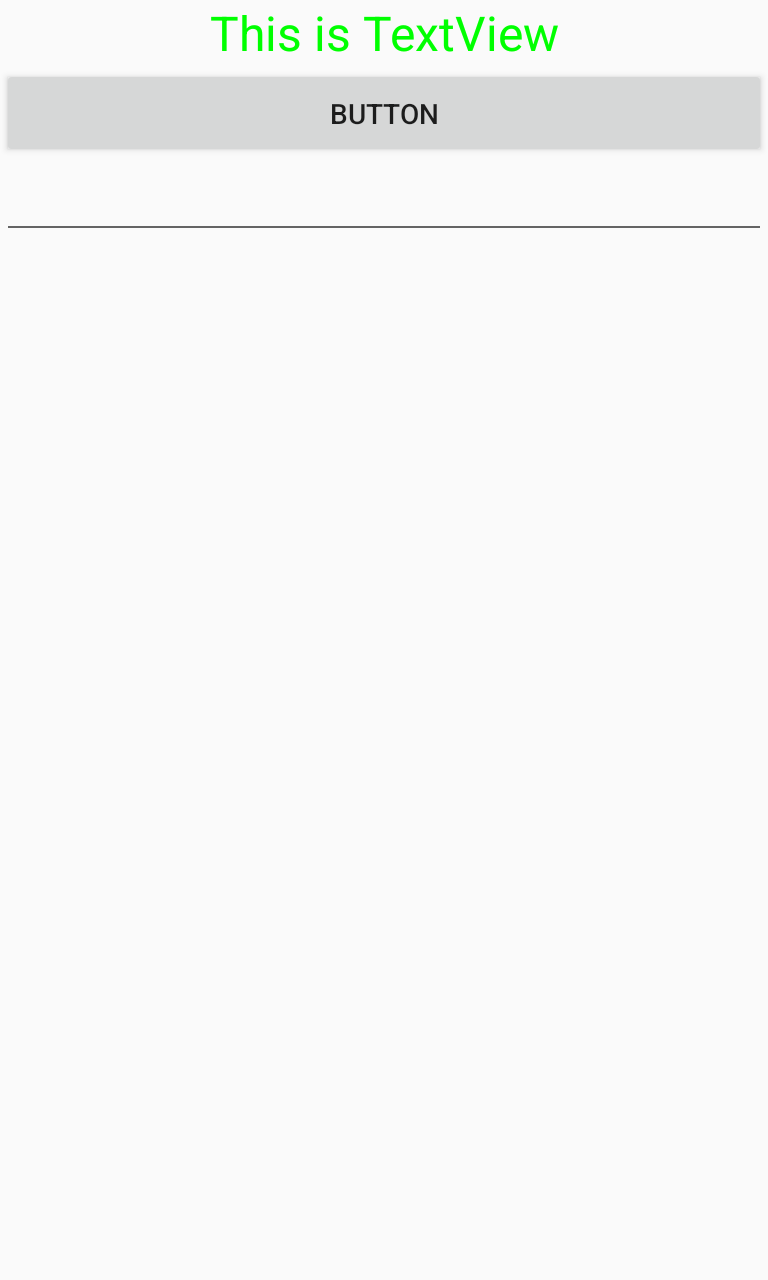
Repository: hohoTT/Android_summarize
Layout: UIWidgeTest/res/layout/activity_main.xml
These files come from the project's save history. The layout is drawn as it stood at one moment and after the next save; the edit follows.
It is drawn on a 768 x 1280 px phone screen (xhdpi) without system bars, with theme AppTheme; the app's code is not run.

Above is the layout before, as saved 2016-02-23 08:38:54.

After the next save:
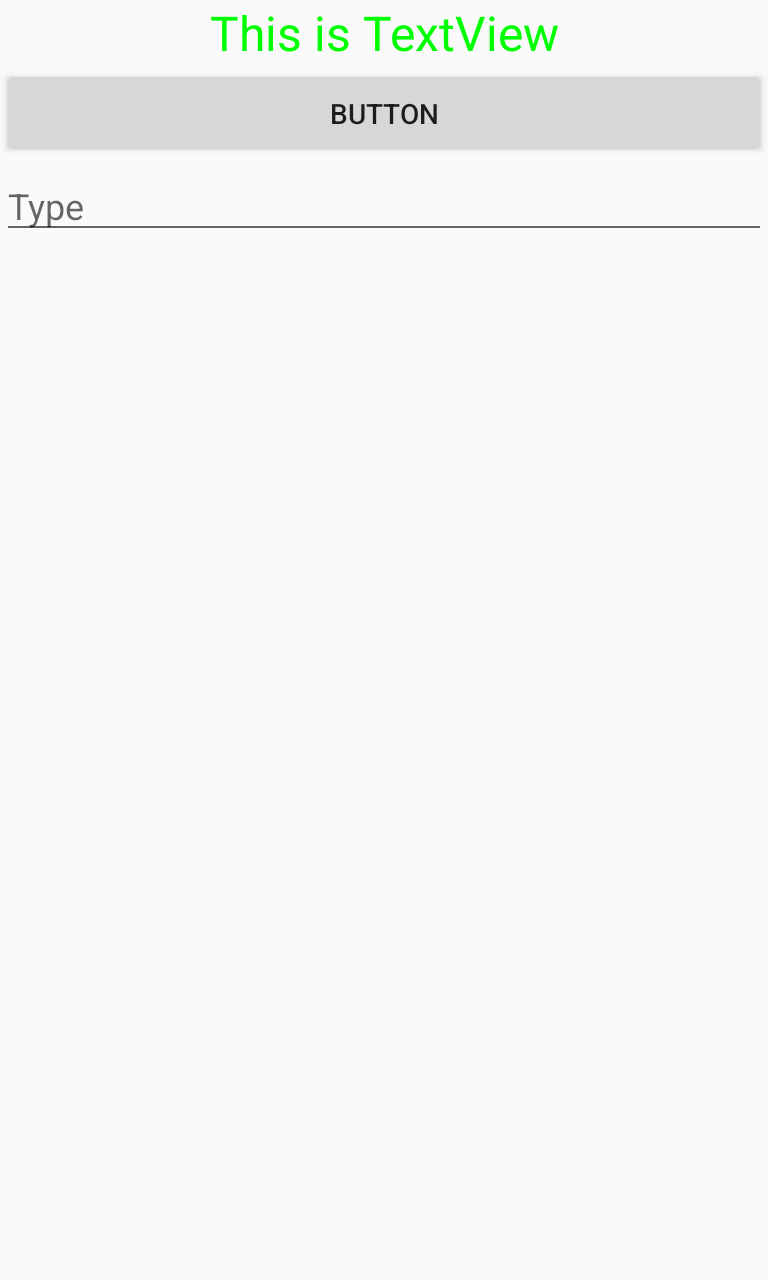
Saved 116 s later.
--- a/UIWidgeTest/res/layout/activity_main.xml
+++ b/UIWidgeTest/res/layout/activity_main.xml
@@ -21,6 +21,7 @@
     <EditText
         android:id="@+id/edit_text"
         android:layout_width="match_parent"
-        android:layout_height="wrap_content" />
+        android:layout_height="wrap_content"
+        android:hint="Type " />
 
 </LinearLayout>
